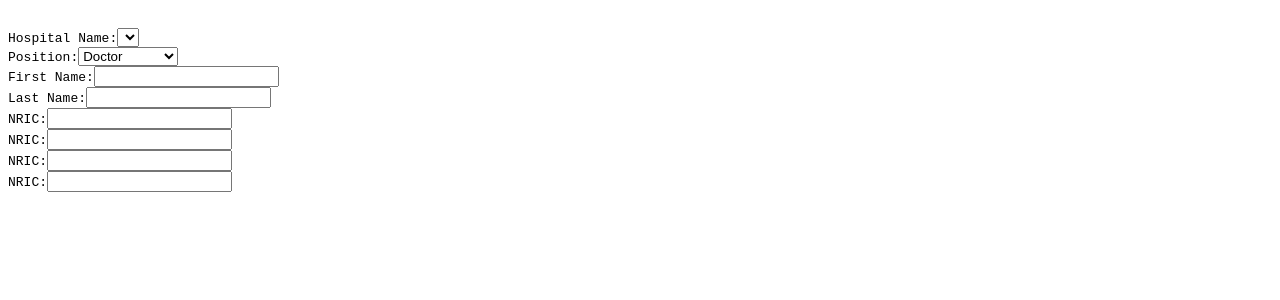
Repository: anujsoni10001/JSP-Servlet
Page: http://localhost/Minor/registerstaff.jsp
These files come from the project's save history. The page is drawn as it stood at one moment and after the next save; the edit follows.
The browser window is 1280 px wide. The pictures show the whole page.
The page is served by Tomcat 9. Queries for data that is not in the repository find no rows.

Above is the page before, as saved 2019-03-23 03:45:30.

After the next save:
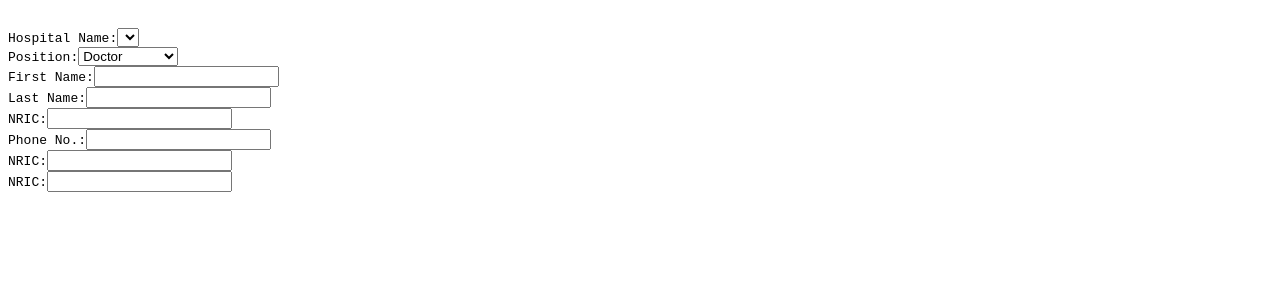
Saved 9 s later.
--- a/FinalProject/minor - Copy/Minor/WebContent/registerstaff.jsp
+++ b/FinalProject/minor - Copy/Minor/WebContent/registerstaff.jsp
@@ -31,7 +31,7 @@ Position:<select>
 First Name:<input type="text">
 Last Name:<input type="text">
 NRIC:<input type="text">
-NRIC:<input type="text">
+Phone No.:<input type="text">
 NRIC:<input type="text">
 NRIC:<input type="text">
 </form>
